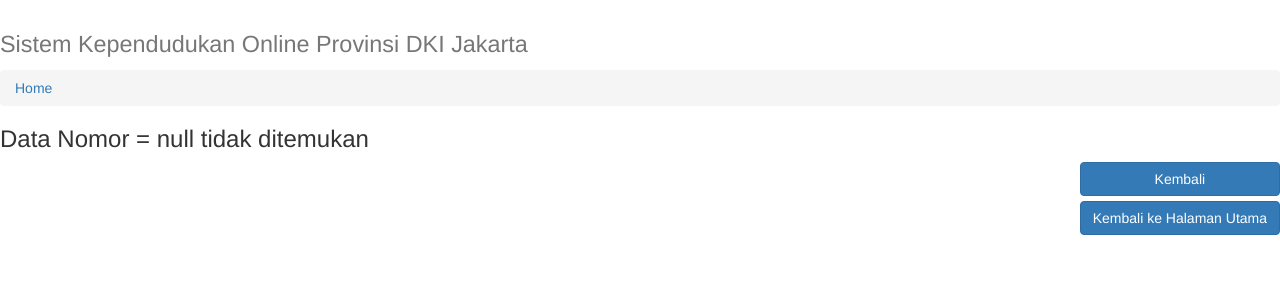
Repository: apap-2017/tugas1_1406544135
Page: http://localhost/sukses
An editor plug-in stored every save of this project. The page is shown before and after the next save, followed by the edit.
The browser window is 1280 px wide. The pictures show the whole page.
The page is this project's Thymeleaf template; nobody is signed in. The template is opened directly, without the code that normally fills it, so the values that code supplies are empty.

Above is the page before, as saved 2017-10-10 15:13:32.

After the next save:
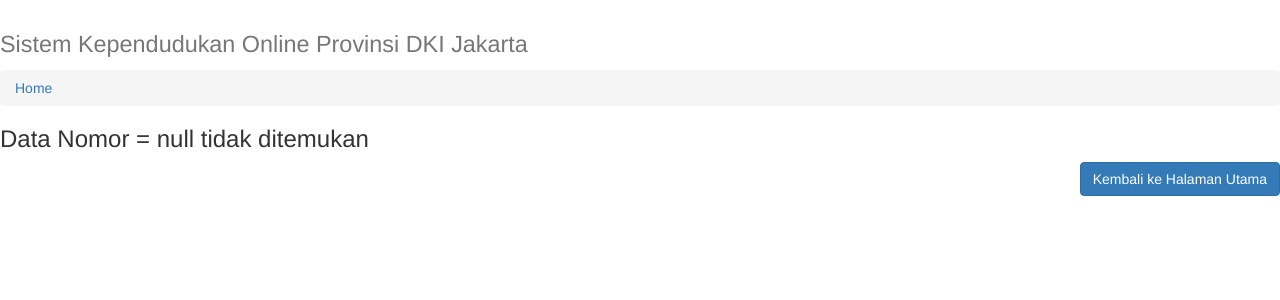
Saved 22 s later.
--- a/Tugas1_1406544135/src/main/resources/templates/sukses.html
+++ b/Tugas1_1406544135/src/main/resources/templates/sukses.html
@@ -18,9 +18,7 @@
        	<h3 th:text="'Data Nomor = ' + ${nomor}+ ' tidak ditemukan'">tidak ditemukan</h3>
 		<div class="box-footer">
 			<div class="pull-right">
-				<input type="submit" class="btn btn-primary btn-block btn-flat"
-					value="Kembali" /> <a th:href="@{/}"
-					class="btn btn-primary btn-block btn-flat">Kembali ke Halaman Utama</a>
+			<a th:href="@{/}"class="btn btn-primary btn-block btn-flat">Kembali ke Halaman Utama</a>
 			</div>
 		</div>
     </body>

After the save that followed:
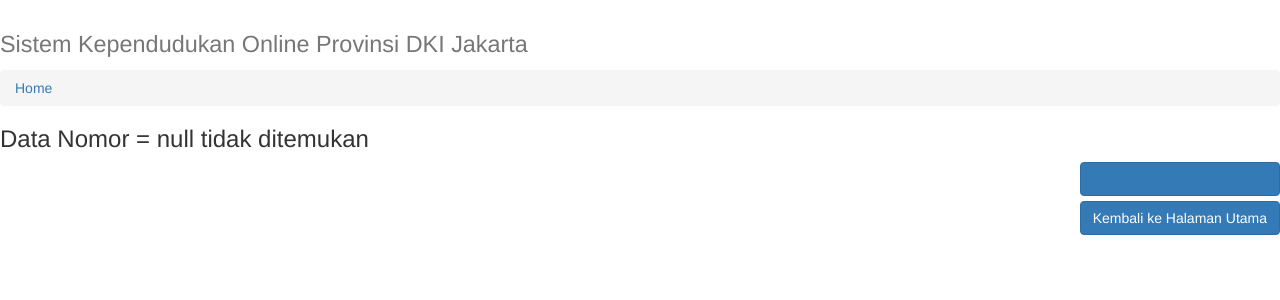
Saved 18 s later.
--- a/Tugas1_1406544135/src/main/resources/templates/sukses.html
+++ b/Tugas1_1406544135/src/main/resources/templates/sukses.html
@@ -18,7 +18,9 @@
        	<h3 th:text="'Data Nomor = ' + ${nomor}+ ' tidak ditemukan'">tidak ditemukan</h3>
 		<div class="box-footer">
 			<div class="pull-right">
-			<a th:href="@{/}"class="btn btn-primary btn-block btn-flat">Kembali ke Halaman Utama</a>
+				<input type="submit" class="btn btn-primary btn-block btn-flat"
+					value="" /> <a th:href="@{/}"
+					class="btn btn-primary btn-block btn-flat">Kembali ke Halaman Utama</a>
 			</div>
 		</div>
     </body>
